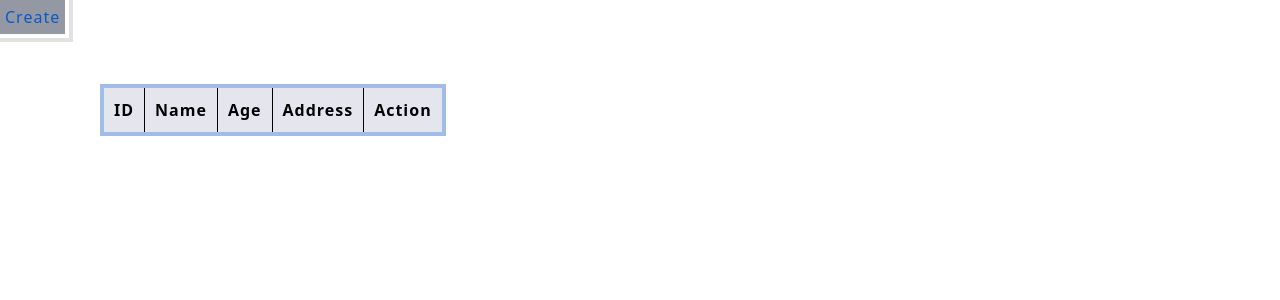
Repository: minhtuan16/JS-Basic
Page: CRUD-Department/users.html
These files come from the project's save history. The page is drawn as it stood at one moment and after the next save; the edit follows.
The browser window is 1280 px wide. The pictures show the whole page.

Above is the page before, as saved 2022-06-09 00:18:44.

After the next save:
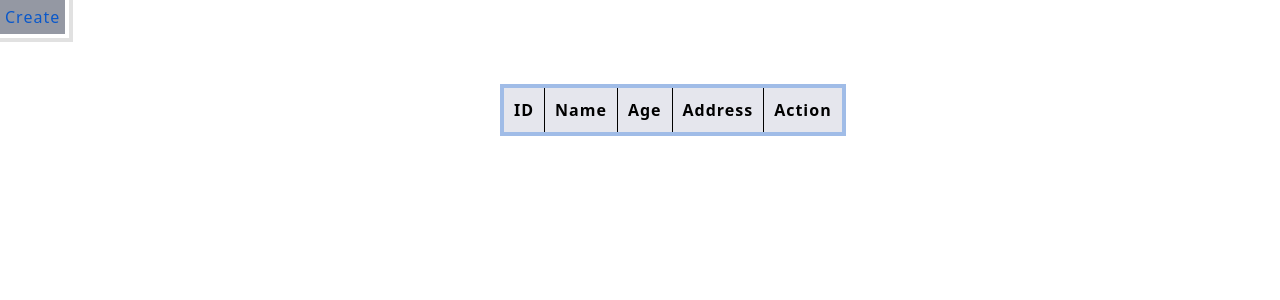
Saved 9 s later.
--- a/CRUD-Department/styles/style.css
+++ b/CRUD-Department/styles/style.css
@@ -103,7 +103,7 @@ table {
     border: #a0bce7 4px solid;
     background-color: #8184a734;
     margin-top: 50px;
-    margin-left: 100px;
+    margin-left: 500px;
 }
 
 /* h1 {
